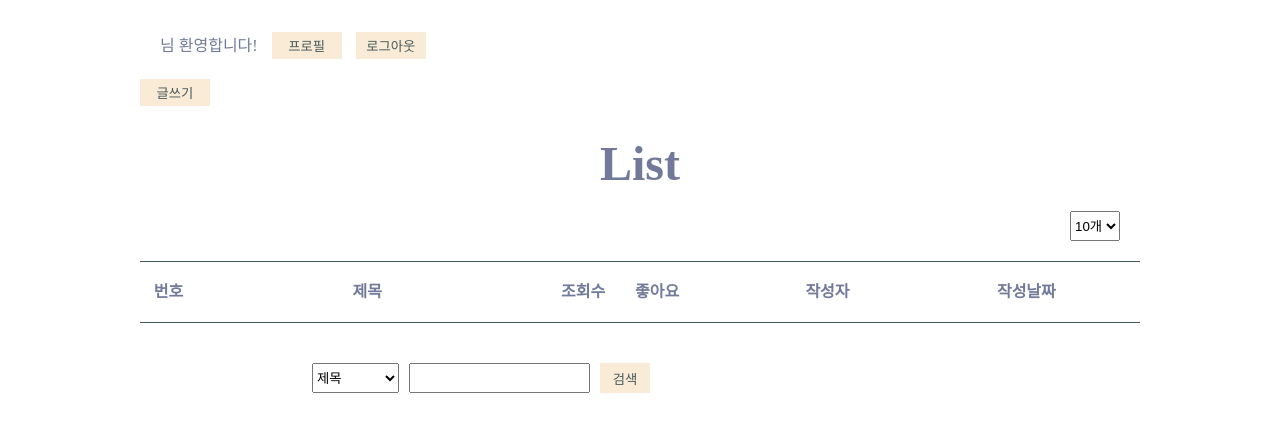
Repository: kayoyo/jsp
Page: http://localhost/BoardWeb_4/WEB-INF/jsp/board/list.jsp
These files come from the project's save history. The page is drawn as it stood at one moment and after the next save; the edit follows.
The browser window is 1280 px wide. The pictures show the whole page.
The page is served by Tomcat 9. Nobody is signed in. The template is opened directly, without the code that normally fills it, so the values that code supplies are empty.

Above is the page before, as saved 2020-09-03 08:20:44.

After the next save:
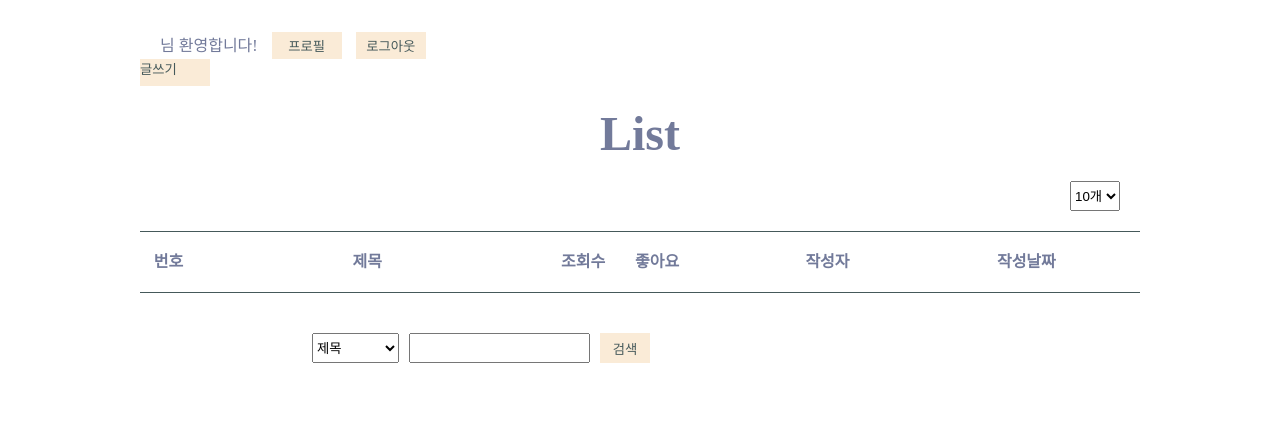
Saved 8 min 10 s later.
--- a/BoardWeb_4/WebContent/WEB-INF/jsp/board/list.jsp
+++ b/BoardWeb_4/WebContent/WEB-INF/jsp/board/list.jsp
@@ -42,9 +42,7 @@ a {
 			margin-left: 20px;
 			color : #727A9A;
 }
-.user_write {margin-top: 20px;
-			 margin-bottom: 30px;
-			 width : 100px;
+.user_write button { display: flex;
 }
 .logOutBtn {width: 70px; height: 27px;
 			margin-left:10px;
